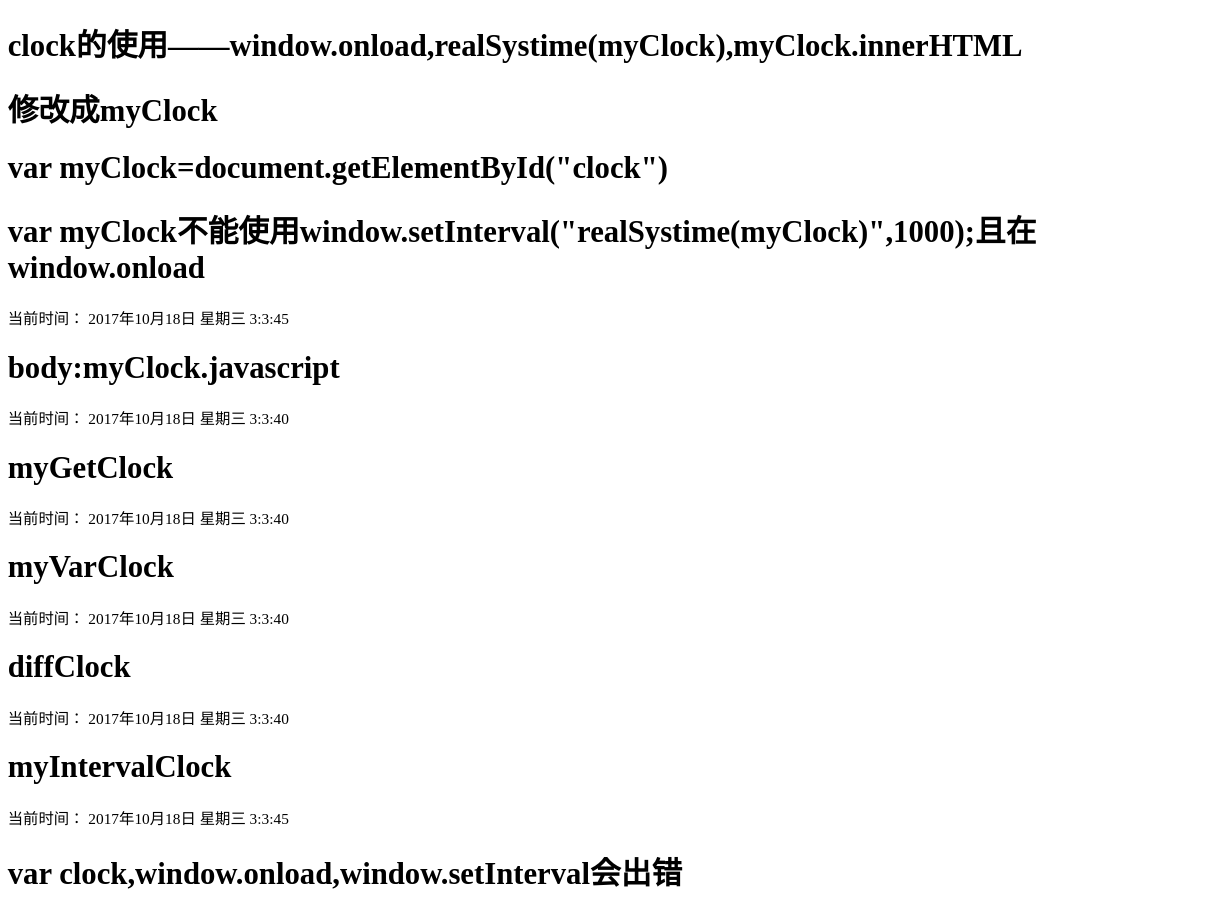
Repository: bookFireFly/bookFireFly
Page: JavaScriptMingriBook/Main/10实时显示系统时间.html
These files come from the project's save history. The page is drawn as it stood at one moment and after the next save; the edit follows.
The browser window is 1280 px wide. The pictures show the whole page, at 96% of full size.

Above is the page before, as saved 2017-10-20 10:02:57.

### JavaScriptMingriBook/Main/10实时显示系统时间.html
<!DOCTYPE html>
<html>
<head>
<meta charset="UTF-8">
<script type="text/javascript">
function realSystime(clock){
	var now=new Date();
	var year=now.getFullYear();
	var month=now.getMonth();
	var date=now.getDate();
	var day=now.getDay();
	var hour=now.getHours();
	var minu=now.getMinutes();
	var sec=now.getSeconds();
	month=month+1
	var arr_week=new Array("星期日","星期一","星期二","星期三","星期四","星期五","星期六")
	var week=arr_week[day];
	var time=year+"年"+month+"月"+date+"日 "+week+" "+hour+":"+minu+":"+sec;
	clock.innerHTML="当前时间： "+time;
}
window.onload=function(){
	window.setInterval("realSystime(clock)",1000);
}
</script>
<title>实时显示系统时间</title>
</head>
<body>
<h1>clock的使用——window.onload,realSystime(myClock),myClock.innerHTML</h1>
<h1>修改成myClock</h1>
<h1>var myClock=document.getElementById("clock")</h1>
<h1>var myClock不能使用window.setInterval("realSystime(myClock)",1000);且在window.onload</h1>
<div id="clock"></div>
<h1>body:myClock.javascript</h1>
<div id="myOnceClock"></div>
<script type="text/javascript">
	realSystime(myOnceClock);
</script>
<h1>myGetClock</h1>
<div id="myGetClock"></div>
<script type="text/javascript">
	realSystime(document.getElementById("myGetClock"));
</script>
<h1>myVarClock</h1>
<div id="myVarClock"></div>
<script type="text/javascript">
	var myVarClock=document.getElementById("myVarClock");
	realSystime(myVarClock);
</script>
<h1>diffClock</h1>
<div id="diffClock"></div>
<script type="text/javascript">
	var myDiffClock=document.getElementById("diffClock");
	realSystime(myDiffClock);
</script>
<h1>myIntervalClock</h1>
<div id="myIntervalClock"></div>
<script type="text/javascript">
	var myGetIntervalClock=document.getElementById("myIntervalClock");
	window.setInterval("realSystime(myGetIntervalClock)",1000);
</script>
</body>
<h1>var clock,window.onload,window.setInterval会出错</h1>
<div id="onLoadClock"></div>
</html>

After the next save:
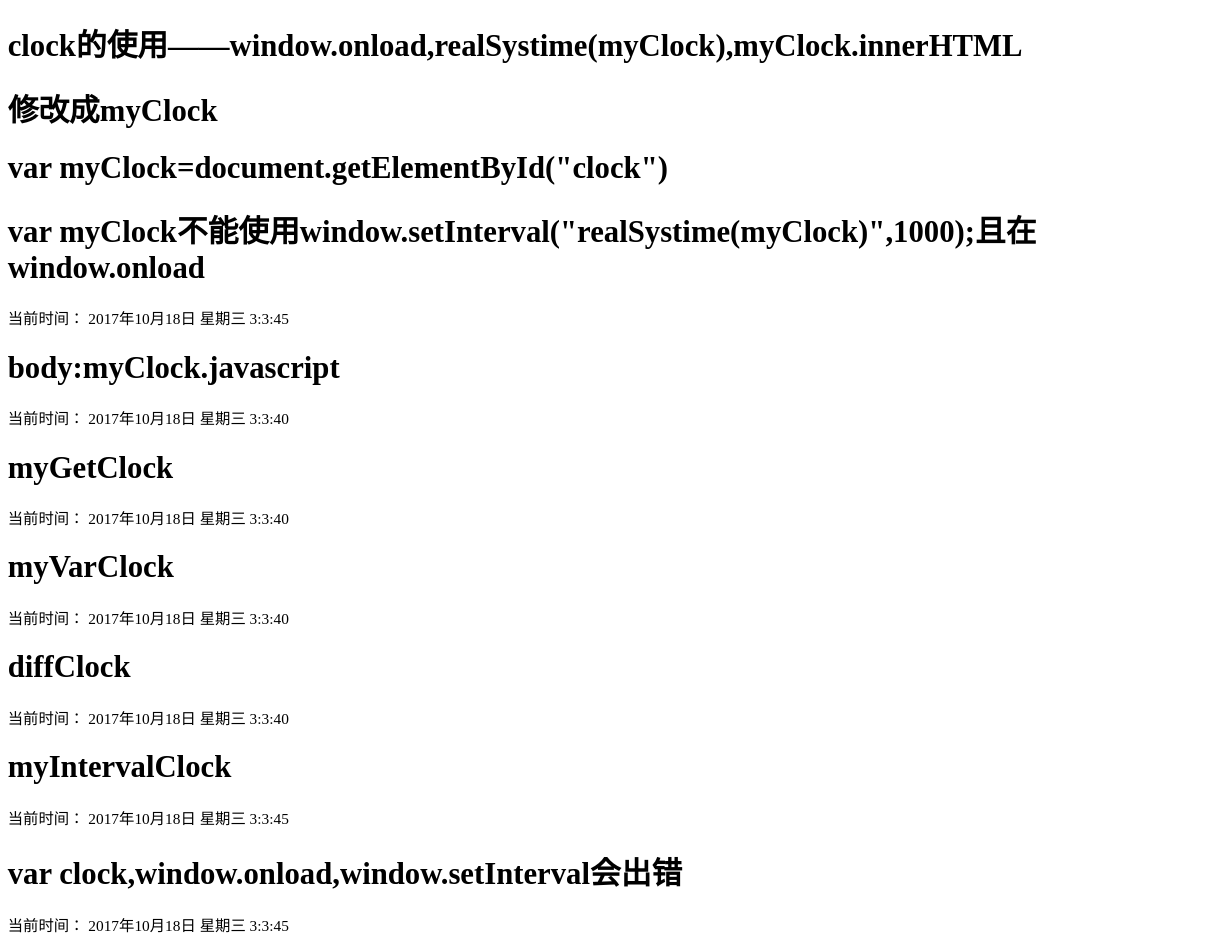
Saved 81 s later.
--- a/JavaScriptMingriBook/Main/10实时显示系统时间.html
+++ b/JavaScriptMingriBook/Main/10实时显示系统时间.html
@@ -20,6 +20,8 @@ function realSystime(clock){
 }
 window.onload=function(){
 	window.setInterval("realSystime(clock)",1000);
+	var onLoadClock = document.getElementById("onLoadClock");
+	window.setInterval("realSystime(onLoadClock)",1000);
 }
 </script>
 <title>实时显示系统时间</title>
